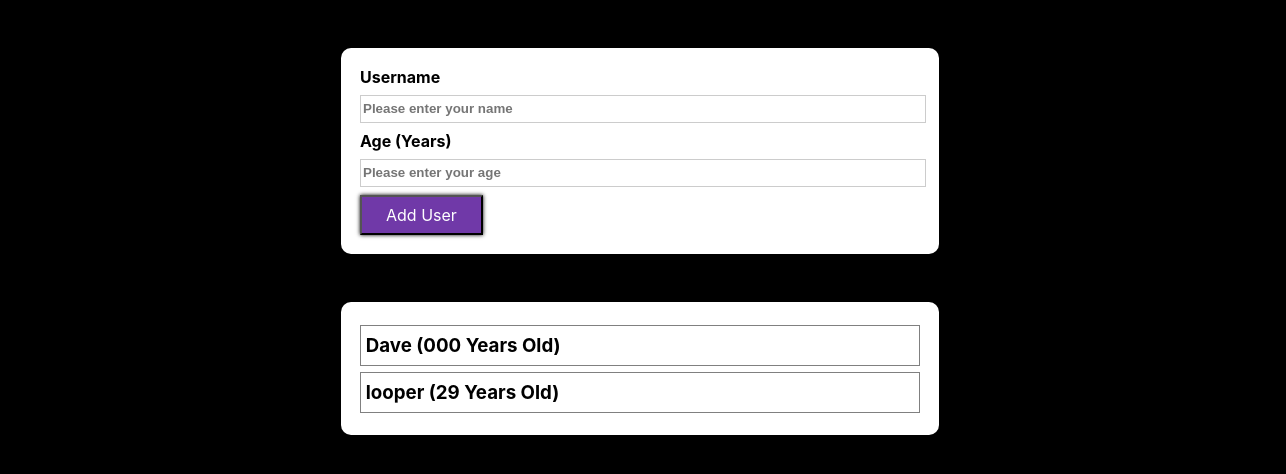
Repository: NamalPathirana/section-eight
Page: /
These files come from the project's save history. The page is drawn as it stood at one moment and after the next save; the edit follows.
The browser window is 1280 px wide. The page is 1280 px wide, then 1286 px, then 1280 px, so the pictures cover 1286 px, including what lies to the right of the window. The pictures show the whole page.
The project was rebuilt for these pictures with package versions that can differ from the ones it lists, and the page was loaded fresh each time. Also part of the build but not shown: src/App.module.css.

Above is the page before, as saved 2021-11-28 00:25:46.

After the next save:
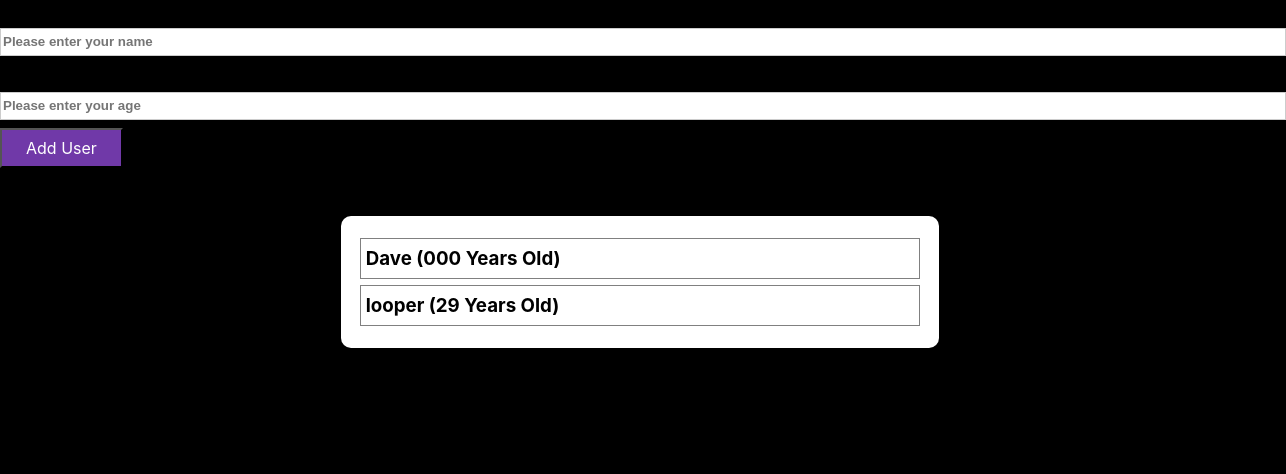
Saved 7 s later.
--- a/src/Components/UserInput/UserInput.module.css
+++ b/src/Components/UserInput/UserInput.module.css
@@ -1,11 +1,5 @@
 .frame{
-    margin: 0.5rem 0.5rem;
-    padding: 1.2rem 1.2rem;
-    width: 35rem;
-    max-width: 90%;
-    margin: 3rem auto;
-    background-color: white;
-    border-radius: 10px;
+
 }
 
 .frame input{

After the 3 saves that followed:
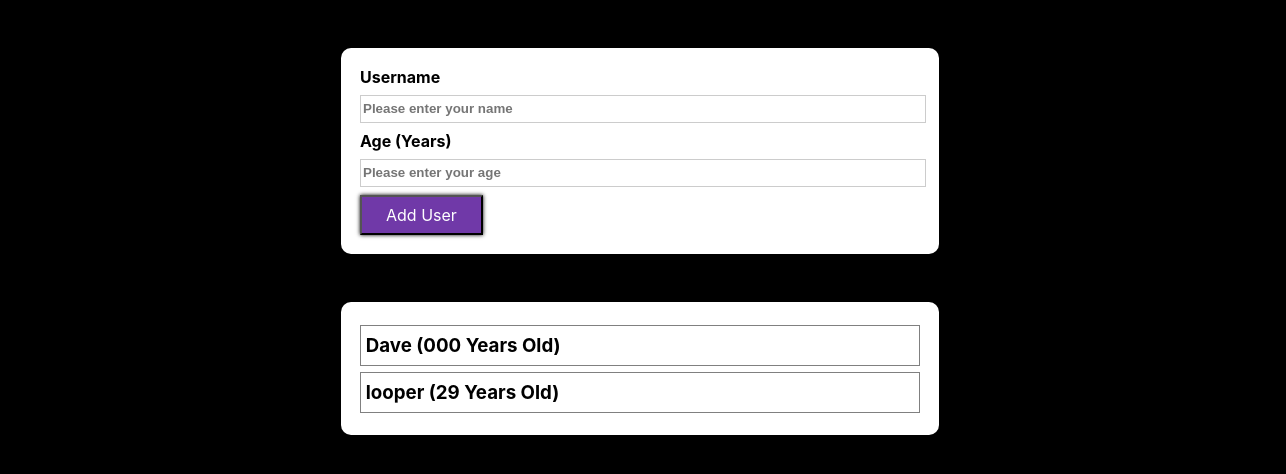
The 3 saves are shown as one change because 2 did not build or start.
The last was saved 2 min 0 s later.
--- a/src/Components/UserInput/UserInput.js
+++ b/src/Components/UserInput/UserInput.js
@@ -1,6 +1,7 @@
 import Button from '../../UI/Button/Button';
 import styles from './UserInput.module.css';
 import {useState} from 'react';
+import Card from '../../UI/Card/Card';
 
 const UserInput = (props) => {
 
@@ -43,6 +44,7 @@ const UserInput = (props) => {
     }
 
     return (
+        <Card>
         <form onSubmit={FormSubmitHandler}>
         <div className={styles.frame}>
             <label className={`${!isValid?styles.inValid:''}`}>Username</label>
@@ -52,6 +54,7 @@ const UserInput = (props) => {
             <Button name='Add User' type="submit"></Button>
         </div>
         </form>
+        </Card>
     );
 };
 
--- a/src/UI/Card/Card.js
+++ b/src/UI/Card/Card.js
@@ -2,7 +2,7 @@ import styles from './Card.module.css';
 
 const Card = (props) => {
 
-    return (<div style={styles.card}>
+    return (<div className={styles.card}>
         {props.children}
     </div>);
 
